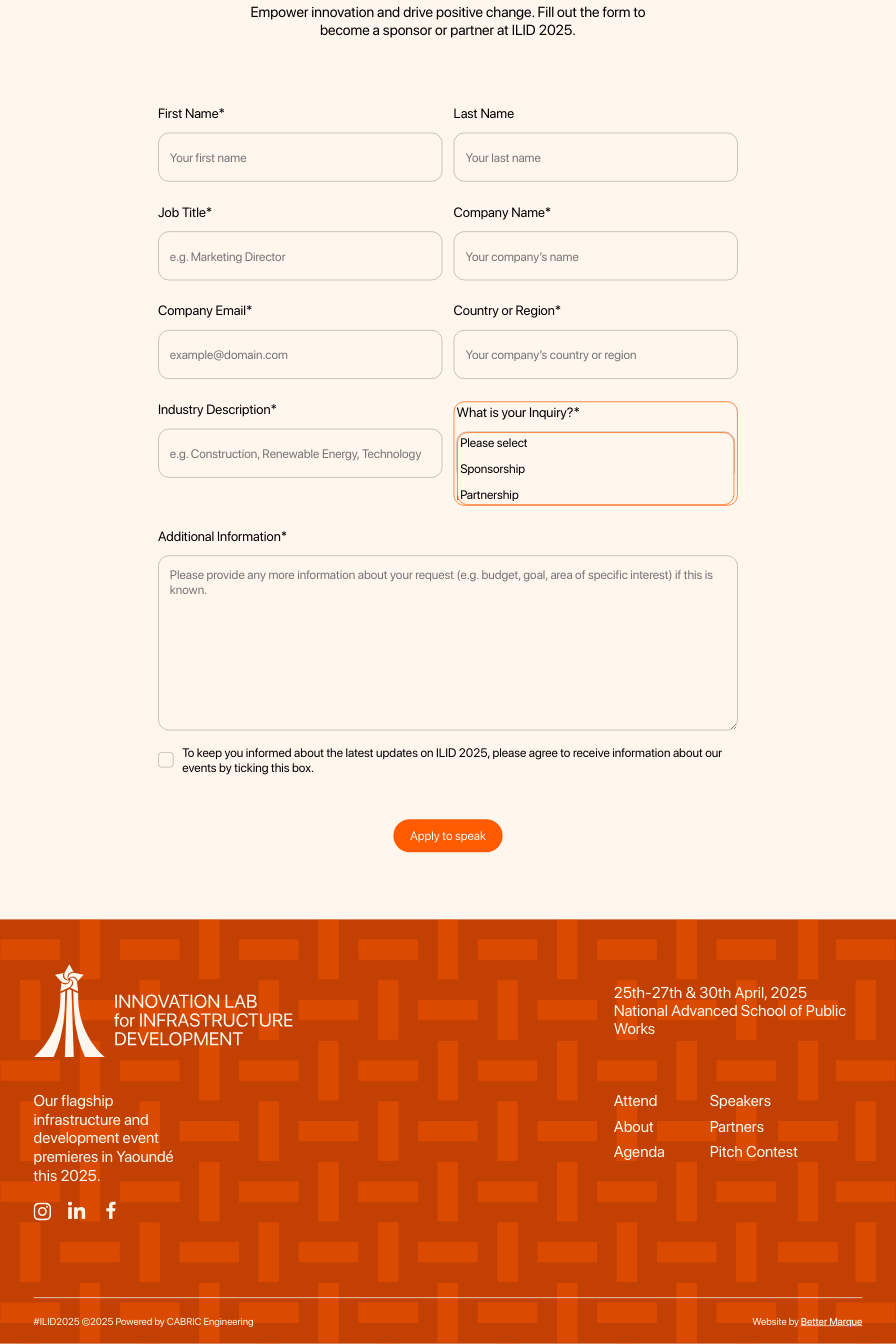
Repository: ilidevent/ilidwebsite
Page: /partners
These files come from the project's save history. The page is drawn as it stood at one moment and after a run of saves; the edit follows.
The browser window is 1280 px wide. The pictures show the part of the page from y = 878 to 2798 px (the page is 2798 px tall before and 2772 px after), at 70% of full size.
The project was rebuilt for these pictures with package versions that can differ from the ones it lists, and the page was loaded fresh each time. The framework's server and built-in components were replaced by stand-ins that run in the browser. Also part of the build but not shown: next.config.ts, components/ReUsables/ButtonTwo.tsx, styles/ReUsables/aboutboxwrapper.module.scss, components/ReUsables/TextEmail.tsx, styles/ReUsables/sloganbanner.module.scss, components/ReUsables/SloganBanner.tsx, styles/ReUsables/paddingtop.module.scss, components/ReUsables/PaddingTop.tsx and 43 more.

Above is the page before, as saved 2025-03-17 12:36:37.

After the next 5 saves:
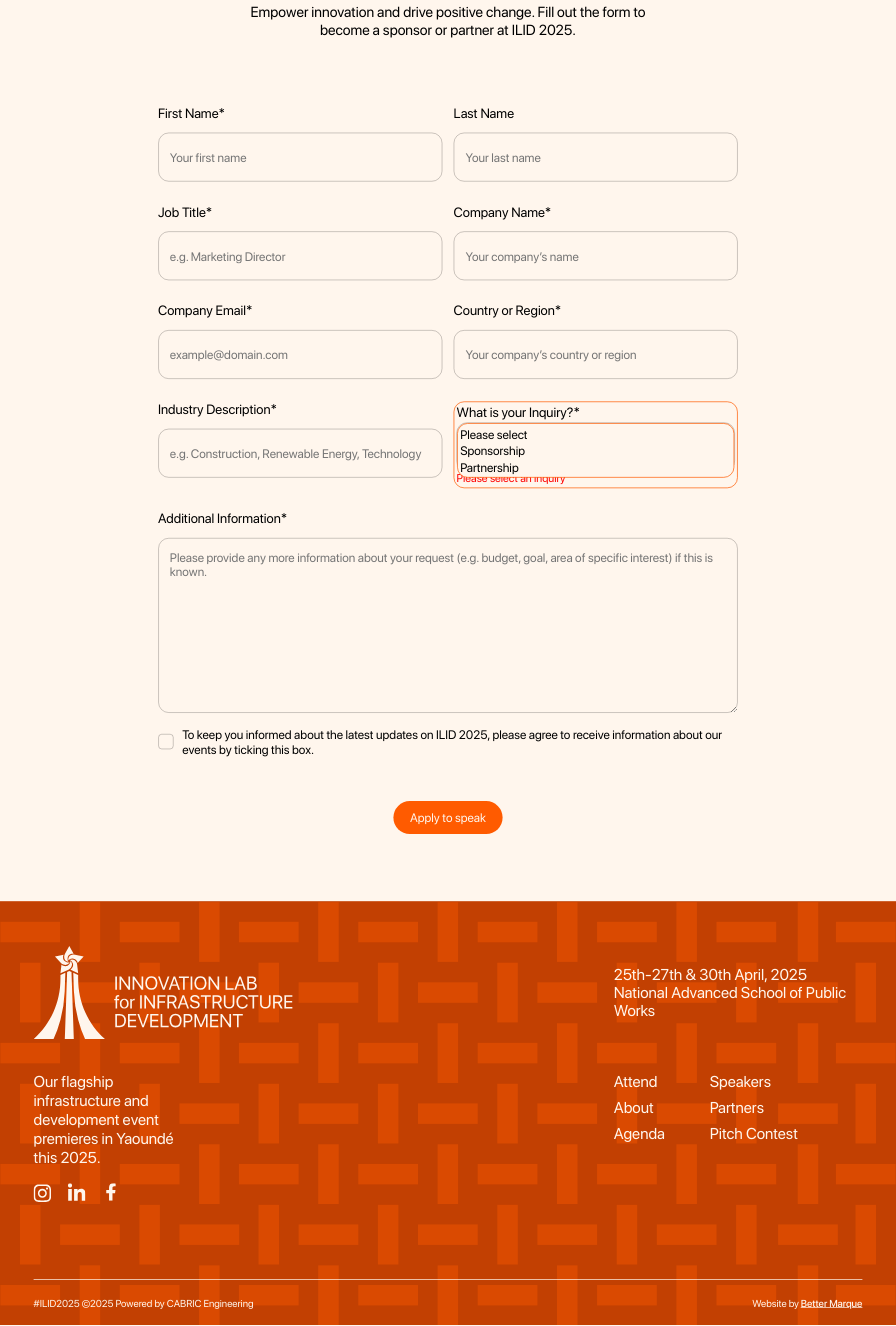
The 5 saves are shown as one change because 1 did not build or start and some came seconds apart.
The last was saved 23 s later.
--- a/styles/ReUsables/formselector.module.scss
+++ b/styles/ReUsables/formselector.module.scss
@@ -42,4 +42,7 @@
   border-radius: 15px;
   background-color: var(--body-color);
   border: 1px solid var(--orange);
+  display: flex;
+  flex-direction: column;
+  gap: 0.2rem;
 }
